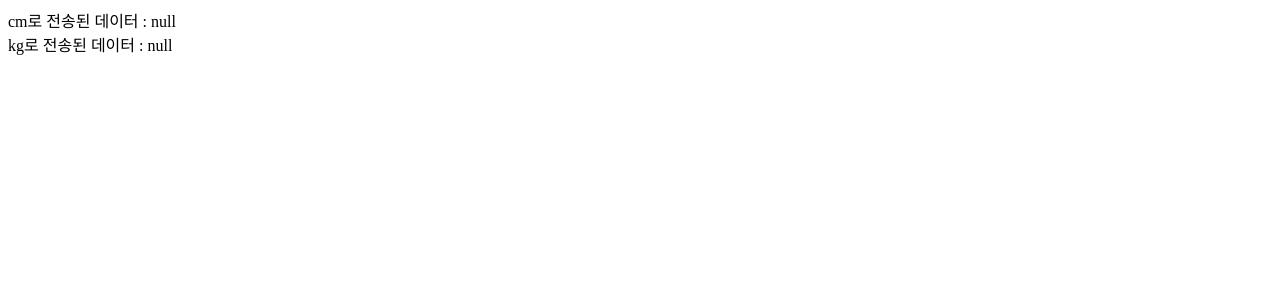
Repository: gowjd4419/jsp
Page: http://localhost/JSPBasic/jspobject/request/req_bmi.jsp
The author's editor kept a copy of each file at every save. The page is drawn from the files as they stood at one save, then again after a run of saves.
The browser window is 1280 px wide. The pictures show the whole page.
The page is served by Tomcat 9.

Above is the page before, as saved 2022-03-25 09:08:32.

### JSPBasic/src/main/webapp/jspobject/request/req_bmi.jsp
<%@ page language="java" contentType="text/html; charset=UTF-8"
    pageEncoding="UTF-8"%>
  <%
     String a = request.getParameter("cm");
     String b = request.getParameter("kg");

     %>
<!DOCTYPE html>
<html>
<head>
<meta charset="UTF-8">
<title>Insert title here</title>
</head>
<body>
<%--
     * 폼에서 보내는 데이터 받기
     1. 목적지를 req_bmi.jsp로 해주기(서버 실행후 브라우저창 주소 복붙하면 됨)
     2. 스크립트릿을 이용해 req_bmi_form.jsp에서 보내는 데이터를 받아 자바 데이터로 저장해주기
     3. 받아온 값을 화면에 출력

     bmi지수 계산 공식 [체중(kg) /신장(m) * 신장(m)]
     * bmi지수가 23을 초과한다면 "당신은 과체중입니다."를 출력,
     18.5 미만이라면 "당신은 저체중입니다."를 출력,
     나머지는 "당신은 정상체중입니다."를 출력해보기

     * 문자열 내부에 들어있는 데이터를 기본데이터 타입으로 변환하는 방법
     포장 클래스에 들어있는 parse+기본타입이름()메서드 활용.
     ex) String -> int
         Integer.parseInt(문자열);
          String -> double
          Double.parseDouble(문자열);
 --%>
    cm로 전송된 데이터 : <%= a %><br>
    kg로 전송된 데이터 : <%= b %><br>


</body>
</html>

After the next 2 saves:
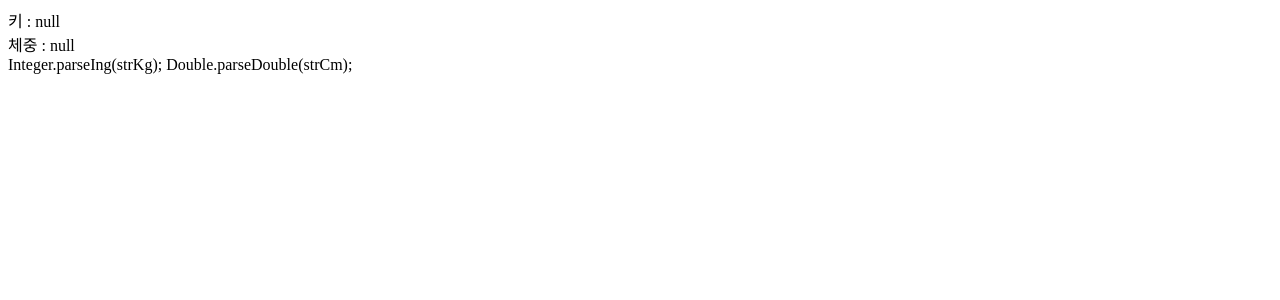
The 2 saves are shown as one change because 1 did not build or start.
The last was saved 17 min 55 s later.
--- a/JSPBasic/src/main/webapp/jspobject/request/req_bmi.jsp
+++ b/JSPBasic/src/main/webapp/jspobject/request/req_bmi.jsp
@@ -1,10 +1,5 @@
 <%@ page language="java" contentType="text/html; charset=UTF-8"
     pageEncoding="UTF-8"%>
-  <%
-     String a = request.getParameter("cm");
-     String b = request.getParameter("kg");
-
-     %>
 <!DOCTYPE html>
 <html>
 <head>
@@ -30,8 +25,20 @@
           String -> double
           Double.parseDouble(문자열);
  --%>
-    cm로 전송된 데이터 : <%= a %><br>
-    kg로 전송된 데이터 : <%= b %><br>
+   <%
+     String strCm = request.getParameter("cm");
+     String strKg = request.getParameter("kg");
+    // 위의 strCm, strKg을 double 자료형으로 바꿔서 출력하기
+    // strCm => 변수명 : m(cm / 100), strKg => 변수명 kg(kg 그대로)
+    // cm에 175 입력시 하단에 1.75로 출력되게 변환.
+     %>
+    키 : <%= strCm %><br>
+    체중 : <%= strKg %><br>
+
+    Integer.parseIng(strKg);
+
+    Double.parseDouble(strCm);
+
 
 
 </body>
